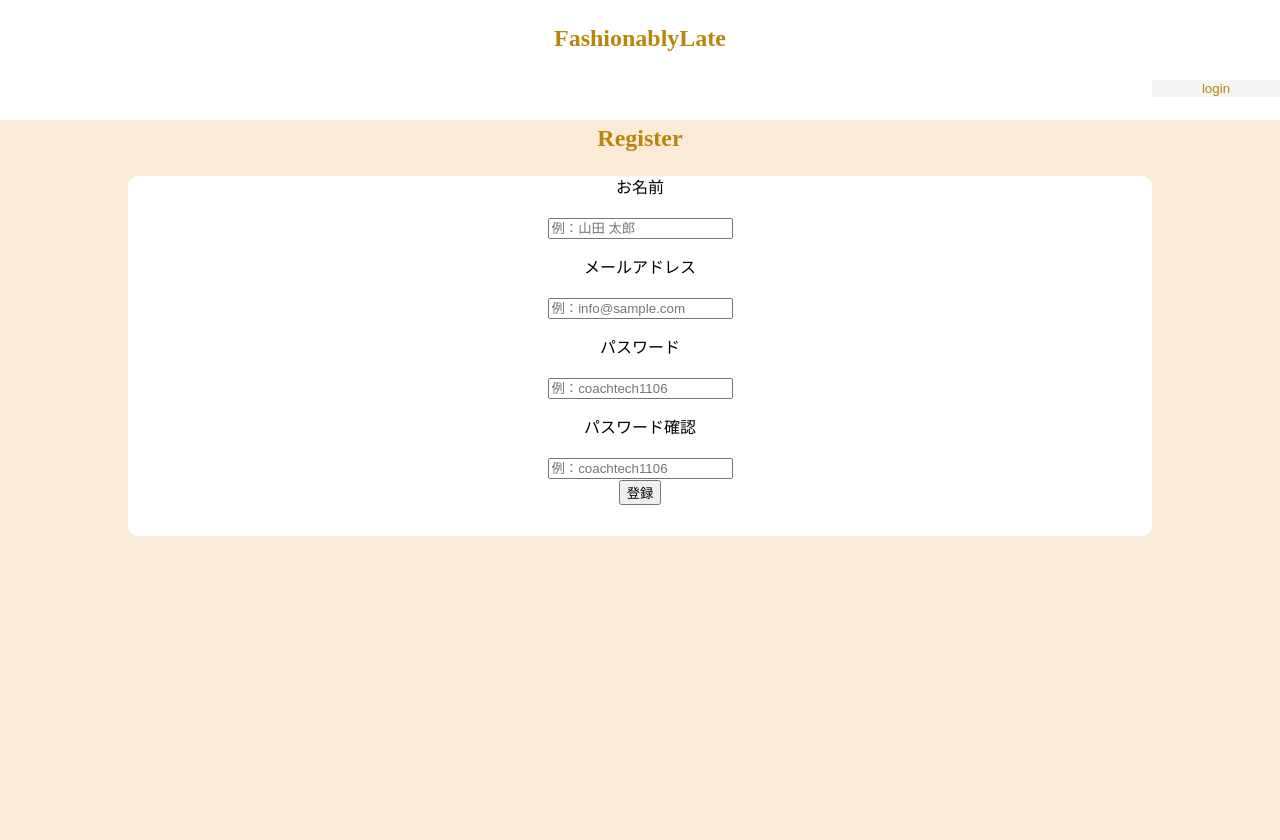
Repository: tokisiro/test-form
Page: http://localhost/register
These files come from the project's save history. The page is drawn as it stood at one moment and after a run of saves; the edit follows.
The browser window is 1280 px wide. The pictures show the whole page.
The page is served by the project's Laravel application, run on PHP 8.4 with Laravel 8. A made-up administrator, Test User (test@example.com), is signed in.

Above is the page before, as saved 2025-05-07 20:46:40.

After the next 3 saves:
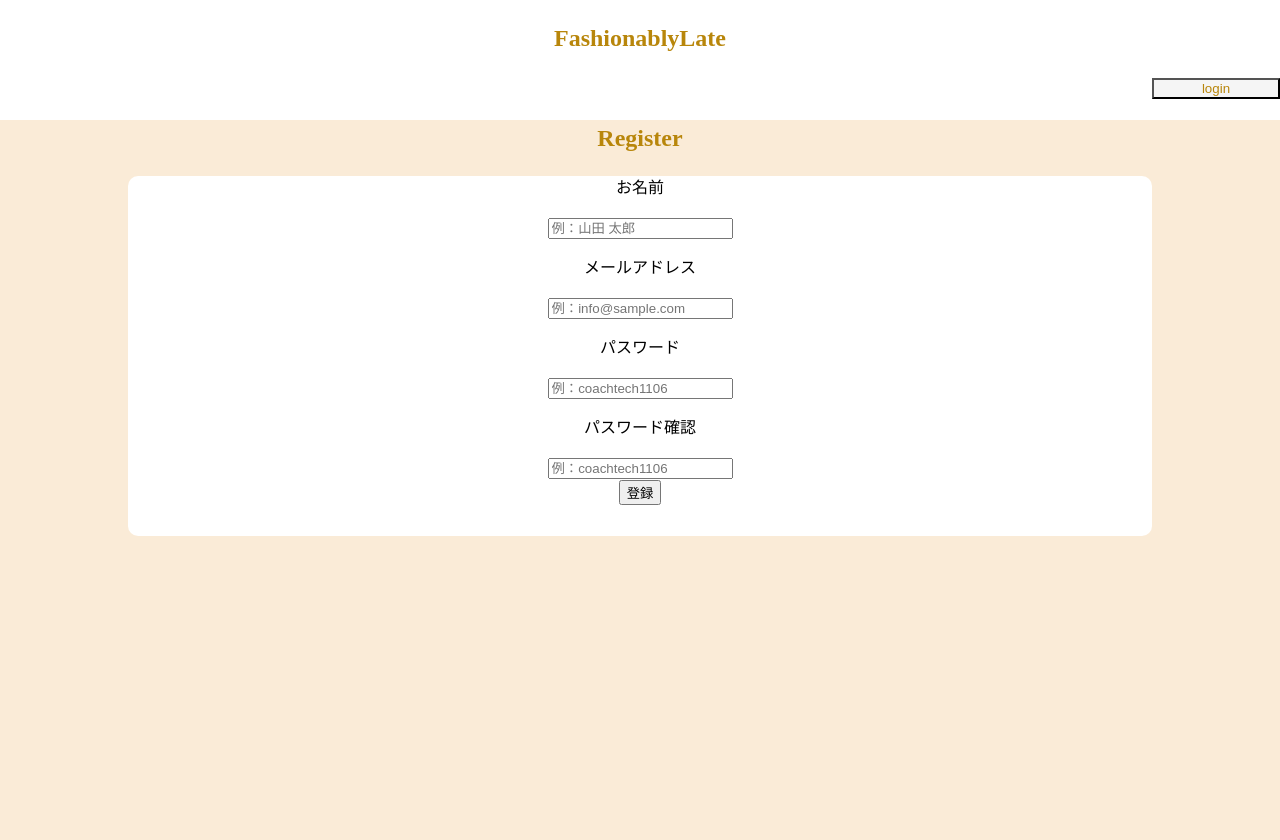
The 3 saves are shown as one change because they came seconds apart.
The last was saved 37 s later.
--- a/src/public/css/register.css
+++ b/src/public/css/register.css
@@ -28,7 +28,7 @@
 .header__button-item{
     color: #B8860B;
     background-color: whitesmoke;
-    border: none;
+    border:;
     width: 10%;
     cursor: pointer;
 }

After the 5 saves that followed:
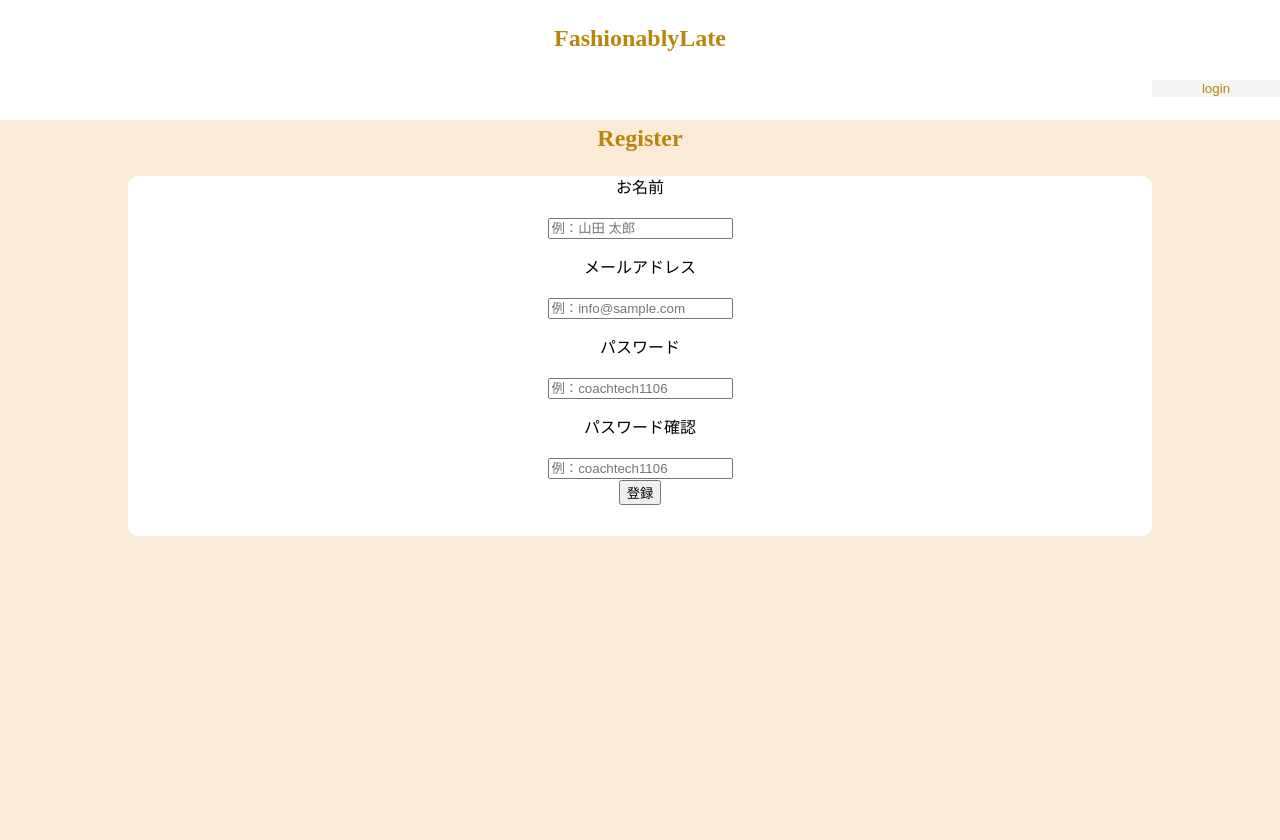
The 5 saves are shown as one change because 1 left the picture as it was and some came seconds apart.
The last was saved 13 s later.
--- a/src/public/css/register.css
+++ b/src/public/css/register.css
@@ -28,7 +28,7 @@
 .header__button-item{
     color: #B8860B;
     background-color: whitesmoke;
-    border:;
+    border: 1px;
     width: 10%;
     cursor: pointer;
 }
